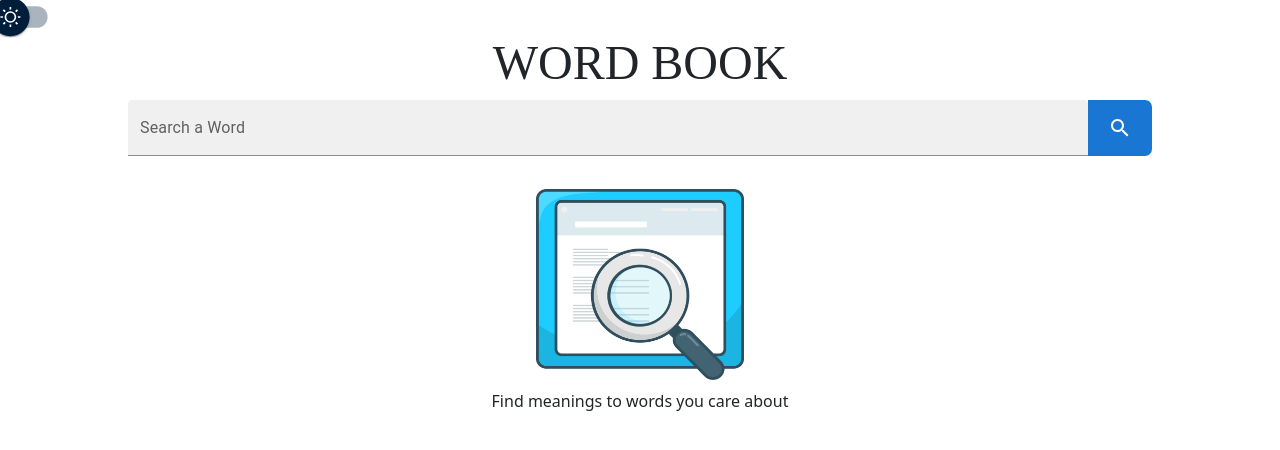
Repository: marveldev/my-dictionary
Page: /
These files come from the project's save history. The page is drawn as it stood at one moment and after the next save; the edit follows.
The browser window is 1280 px wide. The pictures show the whole page.
The project was rebuilt for these pictures with package versions that can differ from the ones it lists, and the page was loaded fresh each time. Also part of the build but not shown: src/components/themeSwitcher/MUISwitch.jsx.

Above is the page before, as saved 2022-05-29 18:15:06.

After the next save:
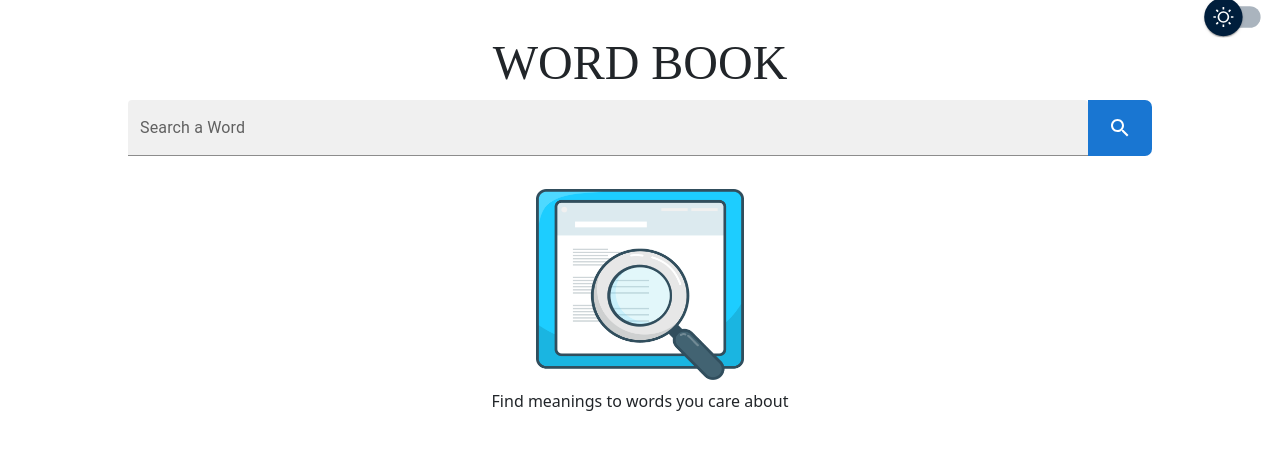
Saved 7 s later.
--- a/src/index.css
+++ b/src/index.css
@@ -21,6 +21,7 @@ body {
 }
 
 .theme-switcher {
+  text-align: right;
 }
 
 h1 {
